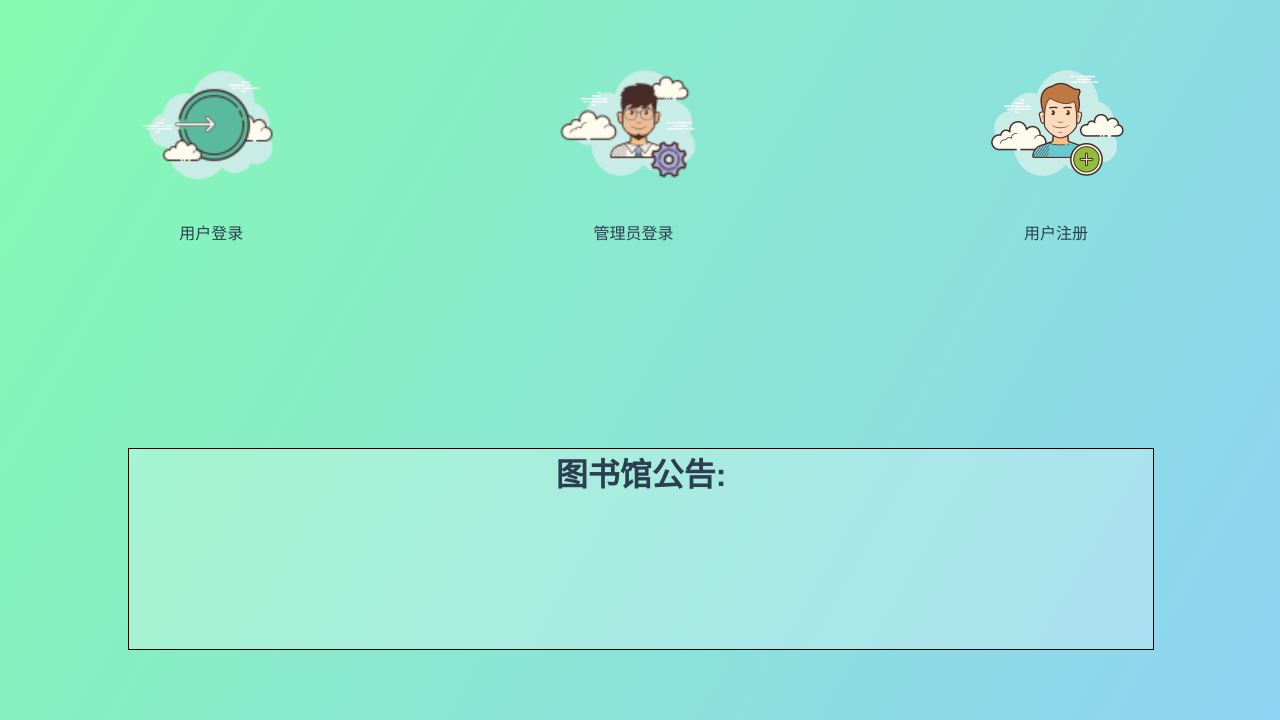
Repository: Akron-xz/helloVue
Page: / (app in vue-library/)
An editor plug-in stored every save of this project. The page is shown before and after the next save, followed by the edit.
The browser window is 1280 px wide. The pictures show the whole page.
The page's requests for data from a server got no answer. The project was rebuilt for these pictures with package versions that can differ from the ones it lists, and the page was loaded fresh each time. No one was signed in, and anything a server would have sent is missing.

Above is the page before, as saved 2020-11-24 10:58:17.

### vue-library/src/main.js
import Vue from 'vue'
import App from './App.vue'
import ElementUI from 'element-ui';
import 'element-ui/lib/theme-chalk/index.css';
import axios from "axios"
import router from './router'
import Router from 'vue-router'

const routerPush = Router.prototype.push
Router.prototype.push = function push(location) {
    return routerPush.call(this, location).catch(error => error)
}

Vue.config.productionTip = false
Vue.use(ElementUI);
Vue.prototype.$axios = axios;


new Vue({
    router,
    render: h => h(App)
}).$mount('#app')

### vue-library/src/router/index.js
import Vue from 'vue'
import VueRouter from 'vue-router'
import Home from '../views/Home.vue'


Vue.use(VueRouter)

const routes = [{
        path: '/',
        name: 'Home',
        component: Home
    },
    {
        path: '/about',
        name: 'About',
        // route level code-splitting
        // this generates a separate chunk (about.[hash].js) for this route
        // which is lazy-loaded when the route is visited.
        component: () =>
            import ( /* webpackChunkName: "about" */ '../views/About.vue')
    },
    {
        path: '/admin',
        name: 'Admin',
        // route level code-splitting
        // this generates a separate chunk (about.[hash].js) for this route
        // which is lazy-loaded when the route is visited.
        component: () =>
            import ( /* webpackChunkName: "about" */ '../views/Administrator.vue')
    },
    {
        path: "/userLogin",
        name: "UserLogin",
        component: () =>
            import ('../views/UserLogin.vue')
    },
    {
        path: "/user",
        name: "User",
        component: () =>
            import ( /* webpackChunkName: "about" */ '../views/User.vue')
    },
    {
        path: "/signup",
        name: "SignUp",
        component: () =>
            import ('../views/SignUp.vue')
    },
    {
        path: "/adminmain",
        name: "AdminMain",
        component: () =>
            import ('../views/AdminMain.vue')
    },
    {

        path: "/MyInformation",
        name: "MyInformation",
        component: () =>
            import ('../views/MyInformation.vue')
    },
    {
        path: "/library",
        name: "Library",
        component: () =>
            import ( /* webpackChunkName: "about" */ '../views/Library.vue')

    },
    {
        path: "/modifymsg",
        name: "ModifyMsg",
        component: () =>
            import ('../views/ModifyMsg.vue')
    },
    {
        path: "/borrowhistory",
        name: "BorrowHistory",
        component: () =>
            import ('../views/BorrowHistory.vue')
    },
    {
        path: "/newissue",
        name: "NewIssue",
        component: () =>
            import ('../views/NewIssue.vue')
    },
    {
        path: "/booksearch",
        name: "BookSearch",
        component: () =>
            import ('../views/BookSearch.vue')
    },
    {
        path: "/MyBookshelves",
        name: "MyBookshelves",
        component: () =>
            import ('../views/MyBookshelves.vue')
    },
    {
        path: "/modifyAnnounce",
        name: "ModifyAnnounce",
        component: () =>
            import ('../views/ModifyAnnounce.vue')
    },
    {
        path: "/statistics",
        name: "Statistics",
        component: () =>
            import ('../views/Statistics.vue')
    },


]

const router = new VueRouter({
    routes
})

export default router

### vue-library/src/views/Home.vue
<template>
  <div class="home-container">
    <div class="login box">
      <img src="/img/home/login.png" alt="" class="home-img" @click="toLogin" />
      <p class="logo-name" @click="toLogin">用户登录</p>
    </div>

    <div class="admin box">
      <img src="/img/home/admin.png" alt="" class="home-img" @click="toAdmin" />
      <p class="logo-name" @click="toAdmin">管理员登录</p>
    </div>

    <div class="signup box">
      <img
        src="/img/home/signup.png"
        alt=""
        class="home-img"
        @click="toSignUp"
      />
      <p class="logo-name" @click="toSignUp">用户注册</p>
    </div>

    <div class="announce-box">
      <h1>图书馆公告:</h1>
      <p>{{ announceContent }}</p>
    </div>
    <div class="img">
      <!-- <img src="/img/anoncementImg.svg" alt="" class="anoncementImg">  -->
    </div>
  </div>
</template>>


<script>
import axios from "axios";
export default {
  data() {
    return {
      announceTime: "",
      announceContent: "",
      permission: false,
    };
  },
  methods: {
    getAnnounce() {
      axios({
        method: "get",
        url: "http://localhost:8081/announce/list",
      })
        .then((res) => {
          let announceContent = res.data.announceContent;
          this.announceContent = announceContent;
          console.log(announceContent);
        })
        .catch(function (error) {
          //请求失败
          console.log("error...", error);
        });
    },
    // 登录
    toLogin() {
      this.permission = true;
      this.$router.push({ path: "/UserLogin" });
    },
    // 管理员登录
    toAdmin() {
      this.permission = true;
      this.$router.push({ path: "/admin" });
    },
    // 注册账号
    toSignUp() {
      this.permission = true;
      this.$router.push({ path: "/signup" });
    },
  },
  created() {
    this.getAnnounce();
  },

  // 只有点击上面 用户登录 或 管理员登录 或 注册 才能跳转 (导航守卫)
  // beforeRouteLeave (to, from, next) {
  //   if (this.permission) {
  //     next();
  //   }else {
  //     next(false);
  //   }
  // }
};
</script>

<style  scoped>
.home-container {
  position: fixed;
  left: 0;
  top: 0;
  width: 100%;
  height: 100%;
  background-repeat: no-repeat;
  background-size: 100%;
  background-image: linear-gradient(120deg, #84fab0 0%, #8fd3f4 100%);
  text-align: center;
}

.home-img {

  width: 150px;
  height: 150px;
  margin-top: 50px;
  border-radius: 80px;
  cursor: pointer;
  transition: width 1s, height 1s, transform 1s;
}

.home-img:hover {
  width: 280px;
  height: 280px;
}

.logo-name:hover {
  cursor: pointer;
  color: blue;
}

.box {
  list-style-type: none;
  float: left;
  margin: auto;
  width: 33%;
}

.announce-box {
  position: absolute;
  bottom: 70px;
  left: 50%;
  height: 200px;
  width: 80%;
  margin-left: -40%;
  background-color: #ffffff40;
  border: 1px solid black;
}

.announce-box h1 {
  margin-top: 0;
}

.anoncementImg{
  position: relative;
  bottom: 30%;
}
</style>>

Loaded but not shown: vue-library/public/index.html (common file); vue-library/src/App.vue (common file)

After the next save:
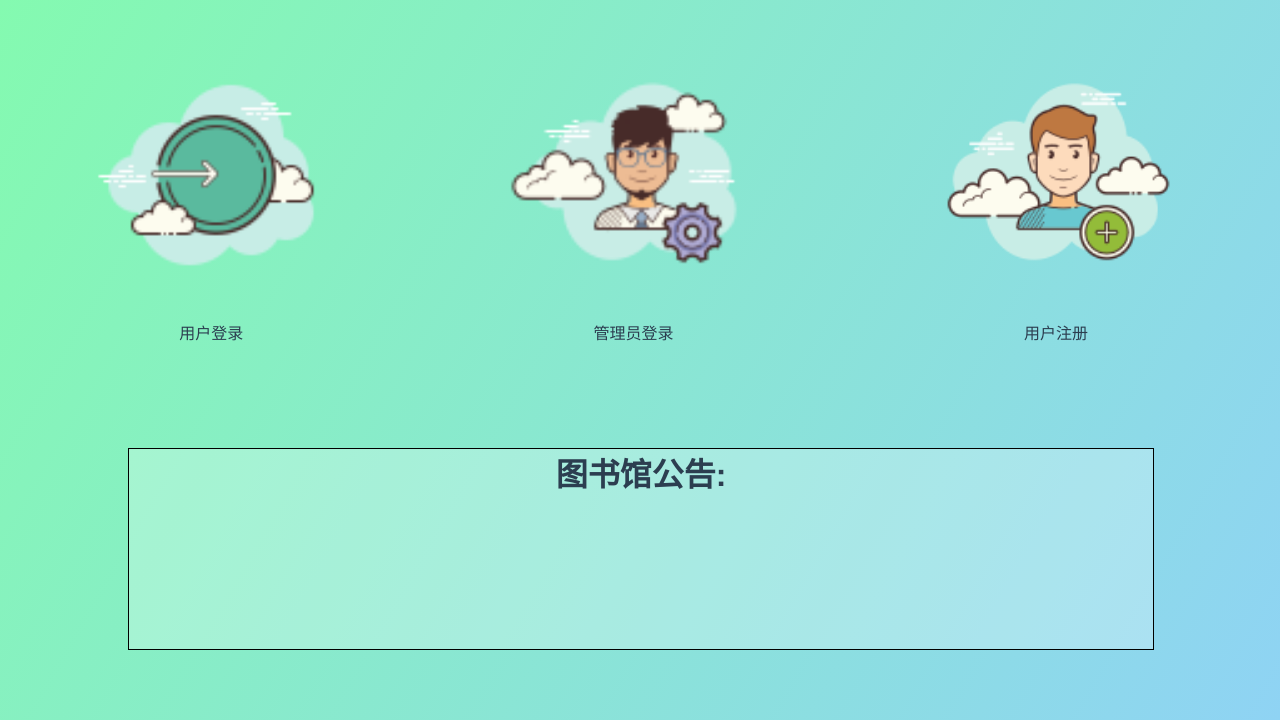
Saved 8 s later.
--- a/vue-library/src/views/Home.vue
+++ b/vue-library/src/views/Home.vue
@@ -103,8 +103,8 @@ export default {
 
 .home-img {
 
-  width: 150px;
-  height: 150px;
+  width: 250px;
+  height: 250px;
   margin-top: 50px;
   border-radius: 80px;
   cursor: pointer;
@@ -112,8 +112,8 @@ export default {
 }
 
 .home-img:hover {
-  width: 280px;
-  height: 280px;
+  width: 180px;
+  height: 180px;
 }
 
 .logo-name:hover {
